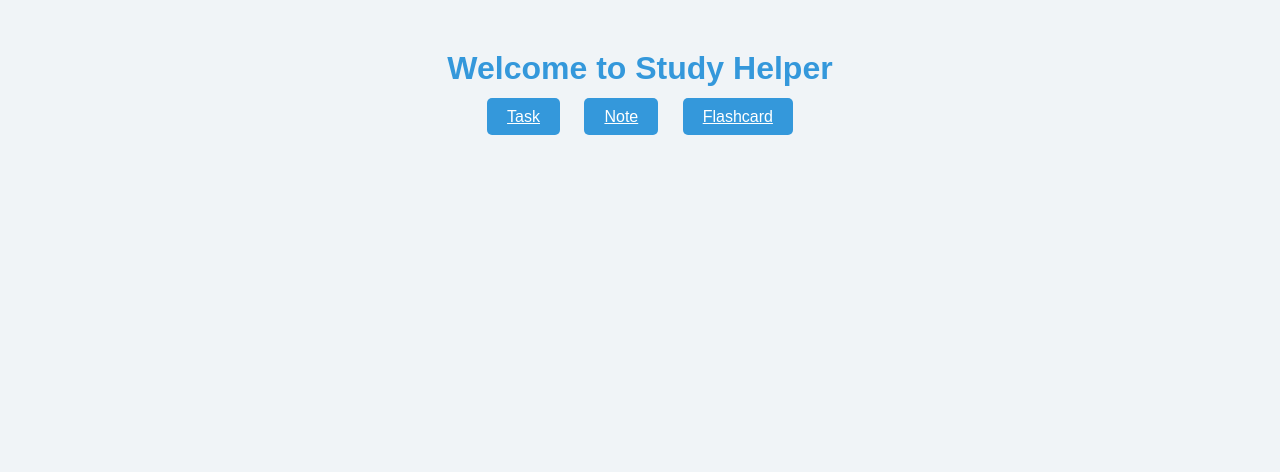
Repository: Oriyin/Algorithm_StudyHelper
Page: http://localhost/
An editor plug-in stored every save of this project. The page is shown before and after the next save, followed by the edit.
The browser window is 1280 px wide. The pictures show the whole page.
The page is served by the project's application, run on Flask 3 (backend/app.py). Other server files are loaded and not shown.

Above is the page before, as saved 2024-10-11 10:54:53.

### templates/index.html
<!DOCTYPE html>
<html lang="en">
<head>
    <meta charset="UTF-8">
    <meta name="viewport" content="width=device-width, initial-scale=1.0">
    <title>Study Helper - Home</title>
    <link rel="stylesheet" type="text/css" href="{{ url_for('static', filename='style.css') }}">
</head>
<body>
    <div class="container">
        <h1>Welcome to Study Helper</h1>
        <div class="button-container">
            <a href="{{ url_for('manage_tasks') }}" class="btn">Task</a>
            <a href="{{ url_for('manage_notes') }}" class="btn">Note</a>
            <!-- Add the Flashcard link here -->
            <a href="{{ url_for('manage_flashcards') }}" class="btn">Flashcard</a>
        </div>
    </div>
</body>
</html>

### backend/app.py
# app.py

from flask import Flask, request, render_template, redirect, url_for
from algorithm import *

# Initialize the Flask application and specify the template folder
app = Flask(__name__, template_folder="../templates")

# Global variables for storing tasks and notes temporarily
tasks = []
notes = []
task_counter = 0  # A counter to uniquely identify each task

# Route for the home page
@app.route('/')
def home():
    return render_template('index.html')

# Route for managing tasks
@app.route('/tasks', methods=['GET', 'POST'])
def manage_tasks():
    global tasks, task_counter
    if request.method == 'POST':
        task_name = request.form.get('task_name')
        task_description = request.form.get('task_description')
        due_date = request.form.get('due_date')
        priority = int(request.form.get('priority'))

        if task_name and task_description and due_date:
            task_counter += 1  # Increment task counter for each new task
            tasks.append({
                'id': task_counter,  # Assign unique ID to each task
                'name': task_name,
                'description': task_description,
                'dueDate': due_date,
                'priority': priority,
                'completed': False
            })

            # Sort tasks by due date immediately (excluding completed tasks) using Insertion Sort
            tasks = insertion_sort([task for task in tasks if not task['completed']], 'dueDate') + [task for task in tasks if task['completed']]

            print("Updated tasks list:")
            print(tasks)

    todo_tasks = [task for task in tasks if not task['completed']]
    done_tasks = [task for task in tasks if task['completed']]

    return render_template('tasks.html', todo_tasks=todo_tasks, done_tasks=done_tasks, enumerate=enumerate)

# Route for managing notes
@app.route('/notes', methods=['GET', 'POST'])
def manage_notes():
    global notes
    if request.method == 'POST':
        note_title = request.form.get('note_title')
        note_content = request.form.get('note_content')

        if note_title and note_content:
            notes.append({
                'title': note_title,
                'content': note_content
            })
            print("Updated notes list:")
            print(notes)

    return render_template('notes.html', notes=notes, enumerate=enumerate)

# Route to edit a specific note by index
@app.route('/edit_note/<int:index>', methods=['POST'])
def edit_note(index):
    global notes
    new_title = request.form.get('edit_note_title')
    new_content = request.form.get('edit_note_content')

    if new_title and new_content:
        # Update the note with new values
        notes[index]['title'] = new_title
        notes[index]['content'] = new_content
        print("Updated notes list:")
        print(notes)

    return redirect(url_for('manage_notes'))

# Route to delete a specific note by index
@app.route('/delete_note/<int:index>', methods=['POST'])
def delete_note(index):
    global notes
    if index < len(notes):
        notes.pop(index)
        print("Updated notes list:")
        print(notes)
    return redirect(url_for('manage_notes'))

# Route to search through notes using a case-insensitive search with highlighted results
@app.route('/search_notes', methods=['POST'])
def search_notes():
    global notes
    search_pattern = request.form.get('search_pattern').lower()  # Make the search pattern lowercase
    search_results = []

    # Perform case-insensitive search on each note's title and content using naive string search
    for index, note in enumerate(notes):
        title = note['title']
        content = note['content']
        highlighted_content = content

        # Use naive string search to find matches (case-insensitive)
        matches = naive_string_search(content.lower(), search_pattern)  # Perform the search on lowercase text

        # If matches are found, highlight them in the content
        if matches:
            for match_index in matches:
                # Highlight the matched text using HTML <mark> tag
                match = content[match_index:match_index + len(search_pattern)]
                highlighted_content = highlighted_content.replace(match, f"<mark>{match}</mark>")
            search_results.append({
                'index': index,
                'title': title,
                'highlighted_content': highlighted_content
            })

    # If no matches are found, set a message to be displayed
    no_match_message = None
    if not search_results:
        no_match_message = "Don't have any file that match with finding word."

    return render_template('notes.html', notes=notes, search_results=search_results, no_match_message=no_match_message, search_pattern=search_pattern, enumerate=enumerate)

# Route to edit a specific task by index
@app.route('/edit_task/<int:index>', methods=['POST'])
def edit_task(index):
    global tasks
    new_name = request.form.get('edit_name')
    new_description = request.form.get('edit_description')
    new_due_date = request.form.get('edit_due_date')
    new_priority = int(request.form.get('edit_priority'))

    if new_name and new_description and new_due_date:
        # Update the task with new values
        tasks[index]['name'] = new_name
        tasks[index]['description'] = new_description
        tasks[index]['dueDate'] = new_due_date
        tasks[index]['priority'] = new_priority
        print("Updated tasks list:")
        print(tasks)

    # Re-sort tasks by due date immediately after editing using Insertion Sort
    tasks = insertion_sort([task for task in tasks if not task['completed']], 'dueDate') + [task for task in tasks if task['completed']]

    return redirect(url_for('manage_tasks'))

# Route to toggle a task's completion status using its unique ID
@app.route('/toggle_completed/<int:task_id>', methods=['POST'])
def toggle_completed(task_id):
    global tasks
    for task in tasks:
        if task['id'] == task_id:
            task['completed'] = not task['completed']
            print("Updated tasks list:")
            print(tasks)
            break
    # Re-sort the tasks to ensure they are in the correct order
    tasks = insertion_sort([task for task in tasks if not task['completed']], 'dueDate') + [task for task in tasks if task['completed']]
    return redirect(url_for('manage_tasks'))

# Route to delete a task by its unique ID
@app.route('/delete_task/<int:task_id>', methods=['POST'])
def delete_task(task_id):
    global tasks
    tasks = [task for task in tasks if task['id'] != task_id]
    print("Updated tasks list:")
    print(tasks)
    return redirect(url_for('manage_tasks'))

# Route to sort tasks by due date using Merge Sort
@app.route('/sort_by_due_date', methods=['POST'])
def sort_by_due_date():
    global tasks
    incomplete_tasks = [task for task in tasks if not task['completed']]
    # Use merge_sort to sort the incomplete tasks by 'dueDate'
    tasks = merge_sort(incomplete_tasks, 'dueDate') + [task for task in tasks if task['completed']]
    print("Updated tasks list:")
    print(tasks)
    return redirect(url_for('manage_tasks'))

# Route to sort tasks by priority
@app.route('/sort_by_priority', methods=['POST'])
def sort_by_priority():
    global tasks
    incomplete_tasks = [task for task in tasks if not task['completed']]
    tasks = counting_sort(incomplete_tasks, 'priority') + [task for task in tasks if task['completed']]
    print("Updated tasks list:")
    print(tasks)
    return redirect(url_for('manage_tasks'))

# Route to sort tasks by both due date and priority
@app.route('/sort_by_both', methods=['POST'])
def sort_by_both():
    global tasks
    incomplete_tasks = [task for task in tasks if not task['completed']]
    tasks = heap_sort(incomplete_tasks, 'dueDate', 'priority') + [task for task in tasks if task['completed']]
    print("Updated tasks list:")
    print(tasks)
    return redirect(url_for('manage_tasks'))

# Global variables for storing flashcards
flashcards = []

# Route for managing flashcards
@app.route('/flashcards', methods=['GET', 'POST'])
def manage_flashcards():
    global flashcards
    if request.method == 'POST':
        term = request.form.get('term')
        meaning = request.form.get('meaning')
        incorrect_count = int(request.form.get('incorrect_count'))

        new_flashcard = {'term': term, 'meaning': meaning, 'incorrect_count': incorrect_count}

        # Use the uniqueness testing function to check for duplicates
        if uniqueness_testing(flashcards, new_flashcard):
            print("Flashcard added successfully!")
        else:
            print("Duplicate term found!")

    # Send 'enumerate' function to the template
    return render_template('flashcards.html', flashcards=flashcards, enumerate=enumerate)


# Route to randomize flashcards
@app.route('/randomize_flashcards', methods=['POST'])
def randomize_flashcards():
    global flashcards
    flashcards = random_flashcards(flashcards)
    return redirect(url_for('manage_flashcards'))

# Route to sort flashcards by incorrect count
@app.route('/sort_flashcards', methods=['POST'])
def sort_flashcards():
    global flashcards
    flashcards = merge_sort(flashcards, 'incorrect_count')
    return redirect(url_for('manage_flashcards'))

# Route to divide flashcards by incorrect count
@app.route('/divide_flashcards', methods=['POST'])
def divide_flashcards():
    global flashcards
    low_threshold = int(request.form.get('low_threshold', 3))  # Set threshold for incorrect_count
    flashcards = divide_and_conquer_flashcards(flashcards, low_threshold)
    return redirect(url_for('manage_flashcards'))

# Route to start flashcard review (displaying the first flashcard)
@app.route('/start_review')
def start_review():
    # Begin review with the first flashcard
    return redirect(url_for('review_flashcard', index=0))

# Route to review each flashcard
@app.route('/review_flashcard/<int:index>', methods=['GET', 'POST'])
def review_flashcard(index):
    global flashcards
    if request.method == 'POST':
        is_correct = request.form.get('is_correct') == 'true'
        if not is_correct:
            # Increase the incorrect count if the answer was incorrect
            flashcards[index]['incorrect_count'] += 1

        # Move to the next flashcard
        next_index = index + 1
        if next_index < len(flashcards):
            return redirect(url_for('review_flashcard', index=next_index))
        else:
            # End of review
            return redirect(url_for('review_completed'))

    # Display the current flashcard
    flashcard = flashcards[index]
    return render_template('review_flashcard.html', flashcard=flashcard, index=index)

# Route for review completion
@app.route('/review_completed')
def review_completed():
    return render_template('review_completed.html')


# Run the Flask server
if __name__ == "__main__":
    app.run(debug=True)
    print(tasks)
    print(notes)

### backend/static/style.css
/* General Styles */
body, html {
    margin: 0;
    padding: 0;
    font-family: Arial, sans-serif;
    background-color: #f0f4f7;
    color: #2c3e50;
}

.container {
    width: 90%;
    margin: 50px auto;
    text-align: center;
}

/* Title Styling */
h1, h2 {
    color: #3498db;
}

/* Columns for To Do and Done Lists */
.task-columns {
    display: flex;
    justify-content: space-between;
    padding: 20px;
}

.todo-column, .done-column {
    width: 45%;
    border: 1px solid #bdc3c7;
    border-radius: 5px;
    padding: 15px;
    background-color: #ecf0f1;
}

.completed-task {
    background-color: #d0d3d4;
}

/* Dropdown Arrow Styling */
.dropdown-arrow {
    cursor: pointer;
    background: none;
    border: none;
    font-size: 1em;
    margin-left: 10px;
    color: #3498db;
    transition: color 0.2s ease-in-out;
}

.dropdown-arrow:hover,
.dropdown-arrow:focus {
    color: #FFA500;
}

/* Task Item Styling */
.task-item {
    border-bottom: 1px solid #bdc3c7;
    padding: 10px;
    margin: 5px 0;
}

/* Hide Description by Default */
.task-desc, .note-desc {
    display: none;
}

/* Icon Button Styles */
.icon-btn {
    background: none;
    border: 1px solid transparent;
    cursor: pointer;
    margin-left: 5px;
    font-size: 1.2em;
    color: #3498db;
    transition: color 0.2s ease-in-out, border-color 0.2s ease-in-out;
}

.icon-btn:hover,
.icon-btn:focus {
    color: #FFA500;
    border-color: #FFA500;
}

/* Form Buttons */
button, .btn {
    padding: 10px 20px;
    font-size: 1em;
    margin: 10px;
    cursor: pointer;
    border: none;
    color: white;
    background-color: #3498db;
    border-radius: 5px;
    transition: background-color 0.2s ease-in-out;
}

button:hover, .btn:hover,
button:focus, .btn:focus {
    background-color: #2980b9;
    outline: none;
}

/* Input and Textarea Styling */
input, textarea, select {
    padding: 10px;
    margin: 10px;
    border: 1px solid #bdc3c7;
    border-radius: 5px;
    width: 80%;
    max-width: 400px;
    transition: border-color 0.2s ease-in-out;
}

input:hover, textarea:hover, select:hover,
input:focus, textarea:focus, select:focus {
    border-color: #3498db;
    outline: none;
}

/* Completed Task Styling */
.completed-task {
    text-decoration: line-through;
    color: #95a5a6;
}

/* Interactive Elements */
button, .btn, .icon-btn, .dropdown-arrow {
    cursor: pointer;
}

After the next save:
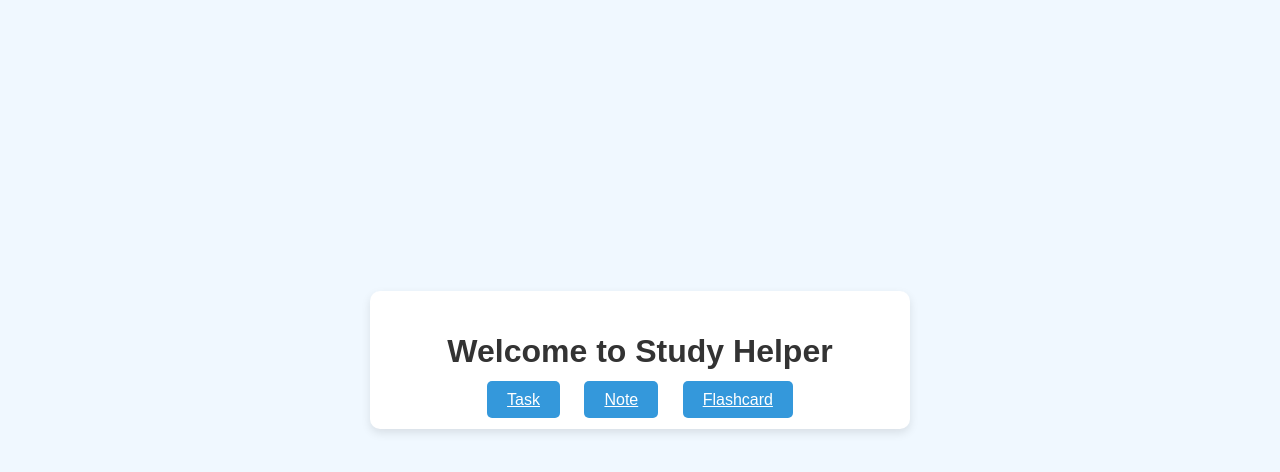
Saved 42 s later.
--- a/backend/static/style.css
+++ b/backend/static/style.css
@@ -128,3 +128,64 @@ input:focus, textarea:focus, select:focus {
 button, .btn, .icon-btn, .dropdown-arrow {
     cursor: pointer;
 }
+
+
+body {
+    font-family: Arial, sans-serif;
+    background-color: #f0f8ff;
+    color: #333;
+    margin: 0;
+    padding: 0;
+    display: flex;
+    justify-content: center;
+    align-items: center;
+    height: 100vh;
+}
+
+.container {
+    width: 100%;
+    max-width: 500px;
+    background-color: white;
+    padding: 20px;
+    border-radius: 10px;
+    box-shadow: 0 4px 10px rgba(0, 0, 0, 0.1);
+}
+
+h1, h2 {
+    text-align: center;
+    color: #333;
+}
+
+.add-flashcard-form, .start-review-section {
+    margin-bottom: 20px;
+}
+
+input[type="text"] {
+    width: 100%;
+    padding: 10px;
+    margin-bottom: 10px;
+    border: 1px solid #ccc;
+    border-radius: 5px;
+}
+
+button.btn {
+    width: 100%;
+    padding: 10px;
+    background-color: #007BFF;
+    color: white;
+    border: none;
+    border-radius: 5px;
+    cursor: pointer;
+}
+
+button.btn:hover {
+    background-color: #0056b3;
+}
+
+.start-review-btn {
+    background-color: #28a745;
+}
+
+.start-review-btn:hover {
+    background-color: #218838;
+}
